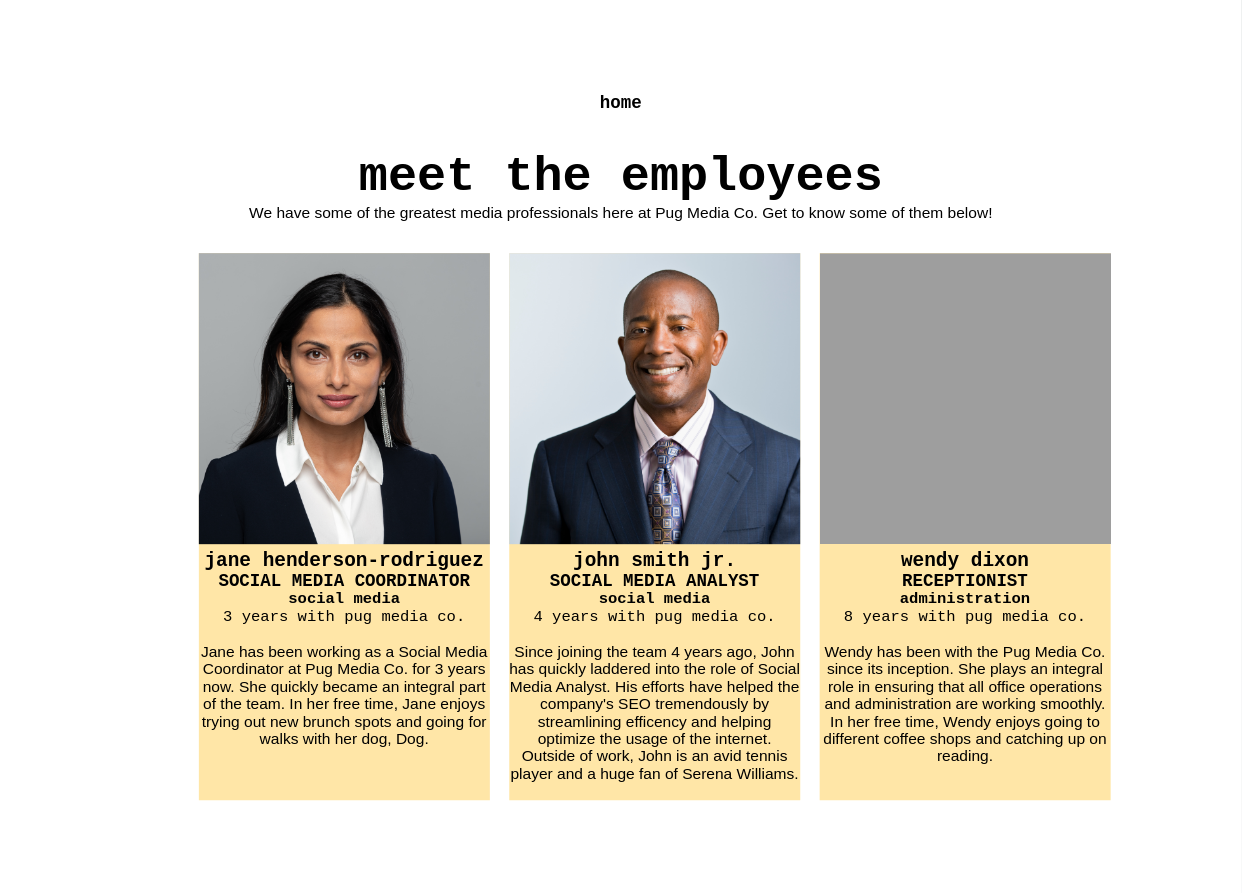
Repository: cheungglenda/MDIA2109-Week3
Page: /about
The author's editor kept a copy of each file at every save. The page is drawn from the files as they stood at one save, then again after the next save.
The browser window is 1280 px wide. The pictures show the whole page, at 97% of full size.
Pictures or frames that could not be fetched are drawn as grey boxes. The project was rebuilt for these pictures with package versions that can differ from the ones it lists, and the page was loaded fresh each time. The framework's server and built-in components were replaced by stand-ins that run in the browser. Also part of the build but not shown: next.config.js.

Above is the page before, as saved 2023-01-20 12:44:13.

After the next save:
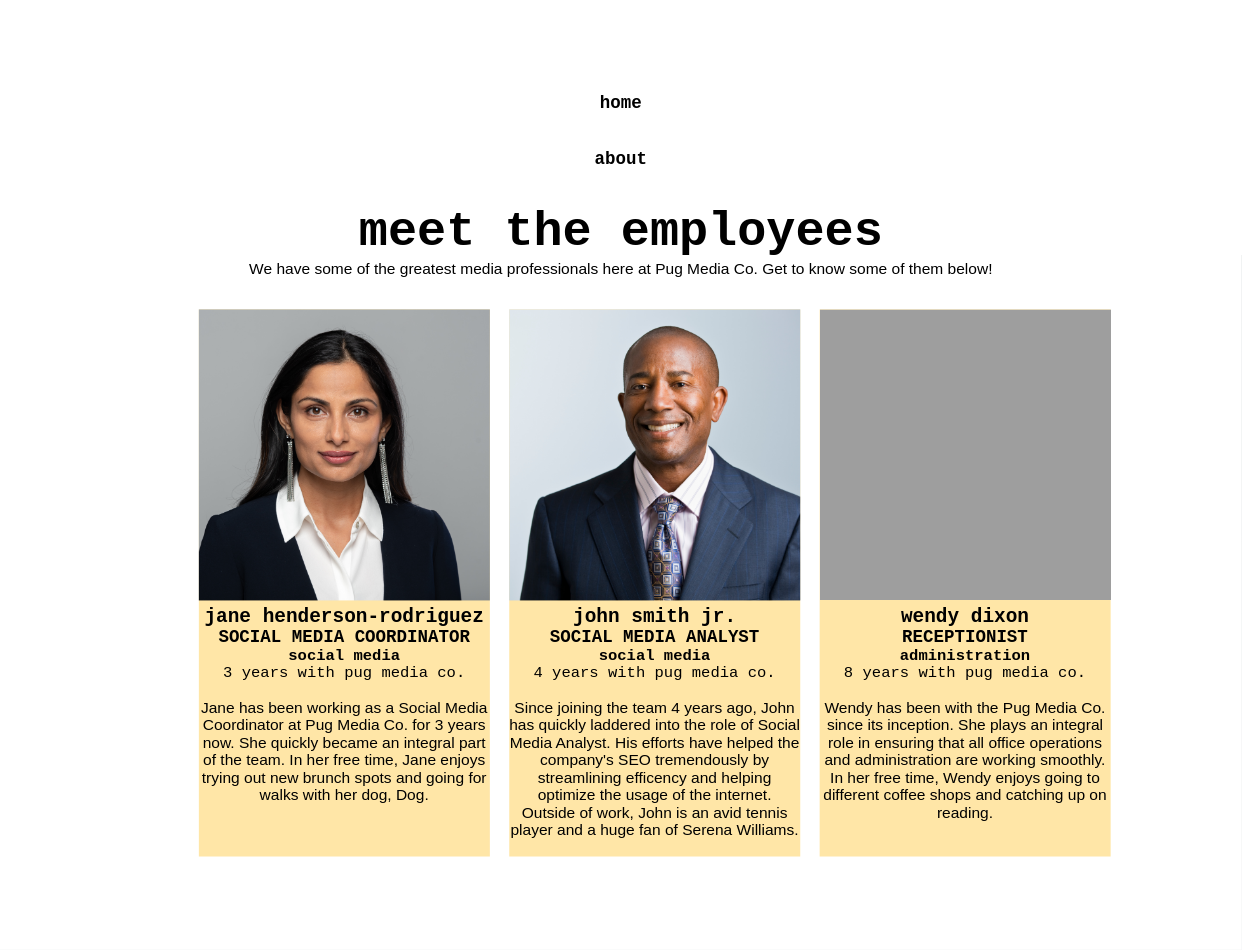
Saved 19 s later.
--- a/pages/about.js
+++ b/pages/about.js
@@ -20,6 +20,7 @@ export default function About() {
       </Head>
       <main className={styles.main}>
       <Link href="/" className={styles.links}>Home</Link>
+      <Link href="/" className={styles.links}>About</Link>
 
       <div className={styles.meetTitle}>Meet the Employees</div>
       <div className={styles.titleDesc}>We have some of the greatest media professionals here at Pug Media Co. Get to know some of them below!</div>
